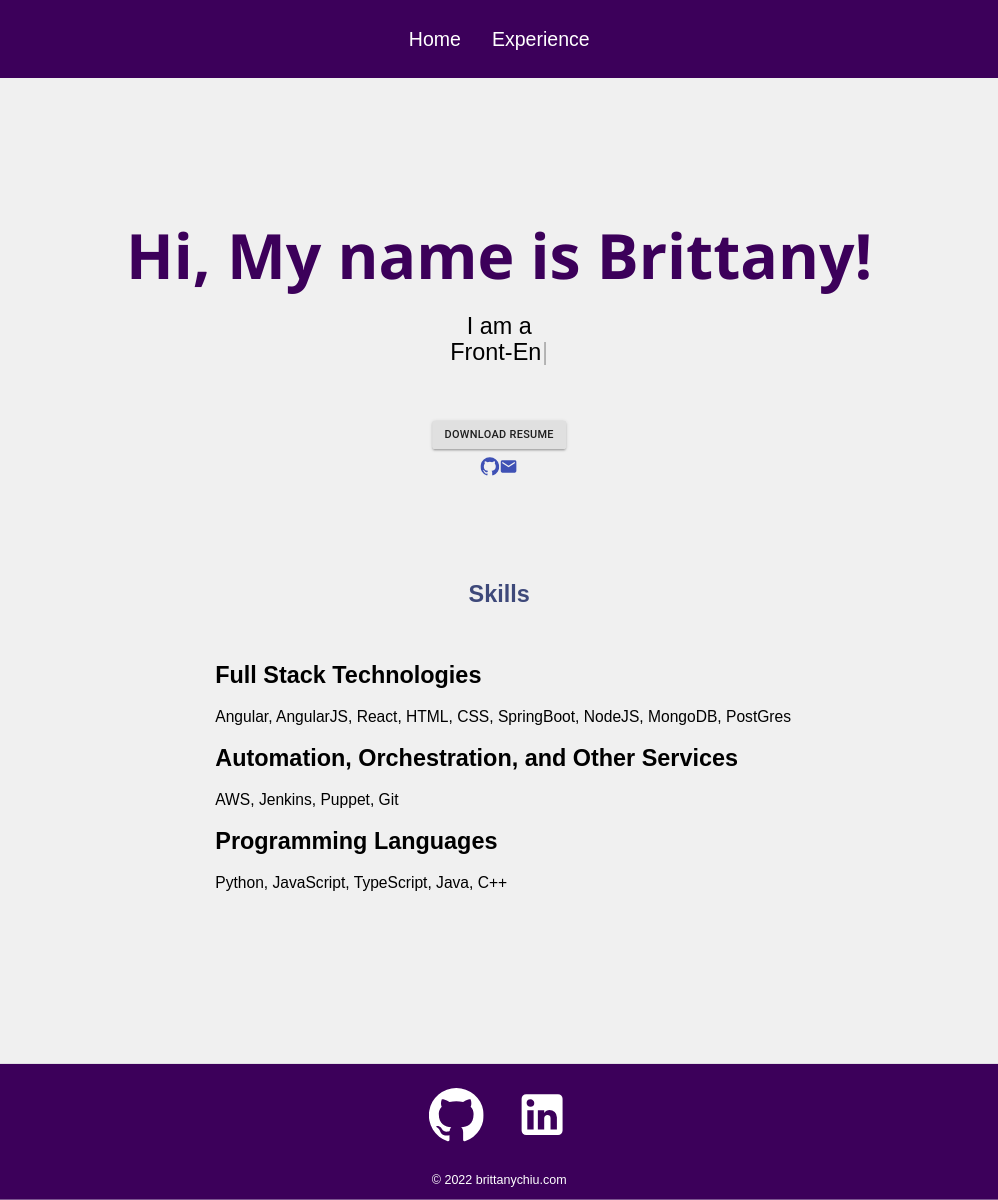
Repository: chiubacca94/chiufolio
Page: /
The author's editor kept a copy of each file at every save. The page is drawn from the files as they stood at one save, then again after a run of saves.
The browser window is 1280 px wide. The pictures show the whole page, at 78% of full size.
The project was rebuilt for these pictures with package versions that can differ from the ones it lists, and the page was loaded fresh each time. Also part of the build but not shown: src/components/Projects/Projects.js, src/components/Experiences/Experiences.css, src/components/Experiences/Experiences.js.

Above is the page before, as saved 2022-07-04 23:49:16.

After the next 2 saves:
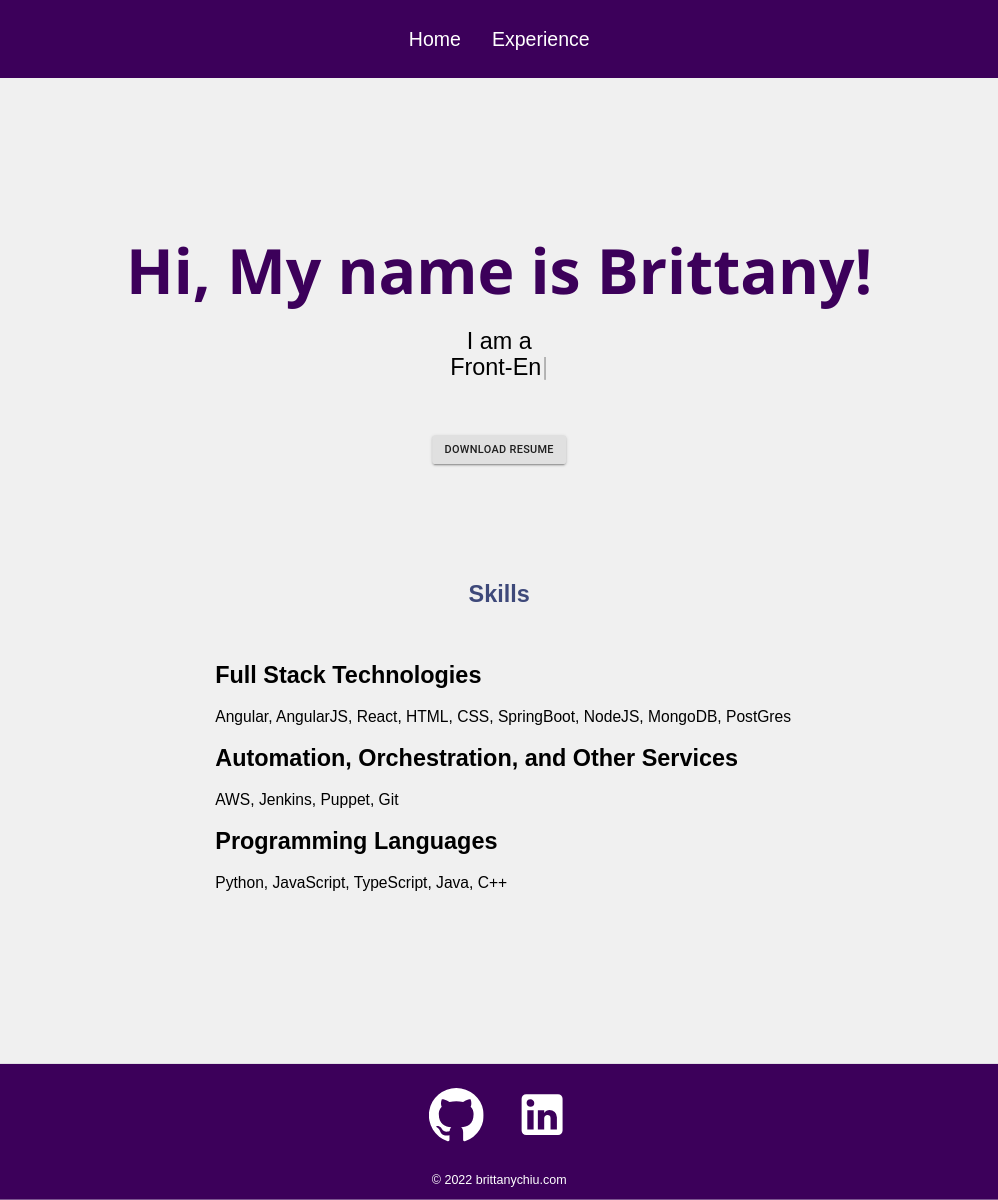
The 2 saves are shown as one change because 1 did not build or start.
The last was saved 40 s later.
--- a/src/components/Home/Home.js
+++ b/src/components/Home/Home.js
@@ -1,6 +1,4 @@
 import React from 'react'
-import GitHubIcon from '@material-ui/icons/GitHub'
-import EmailIcon from '@material-ui/icons/Email'
 import Button from '@material-ui/core/Button'
 import Link from '@material-ui/core/Link'
 import Typewriter from 'typewriter-effect';
@@ -21,14 +19,7 @@ export default function Home() {
                 />
             </div>
             <Button variant='contained' href="./BChiu_Resume.pdf" download="./BChiu_Resume.pdf">Download Resume</Button>
-            <div className='icons'>
-                <Link href="https://github.com/brittanychiucode/" target="_blank" >
-                    <GitHubIcon />
-                </Link>
-                <Link href="mailto:bc.chiu12@gmail.com" target="_blank" >
-                    <EmailIcon />
-                </Link>
-            </div>
+
         </section>
         <section className='skills'>
             <h1>Skills</h1>
